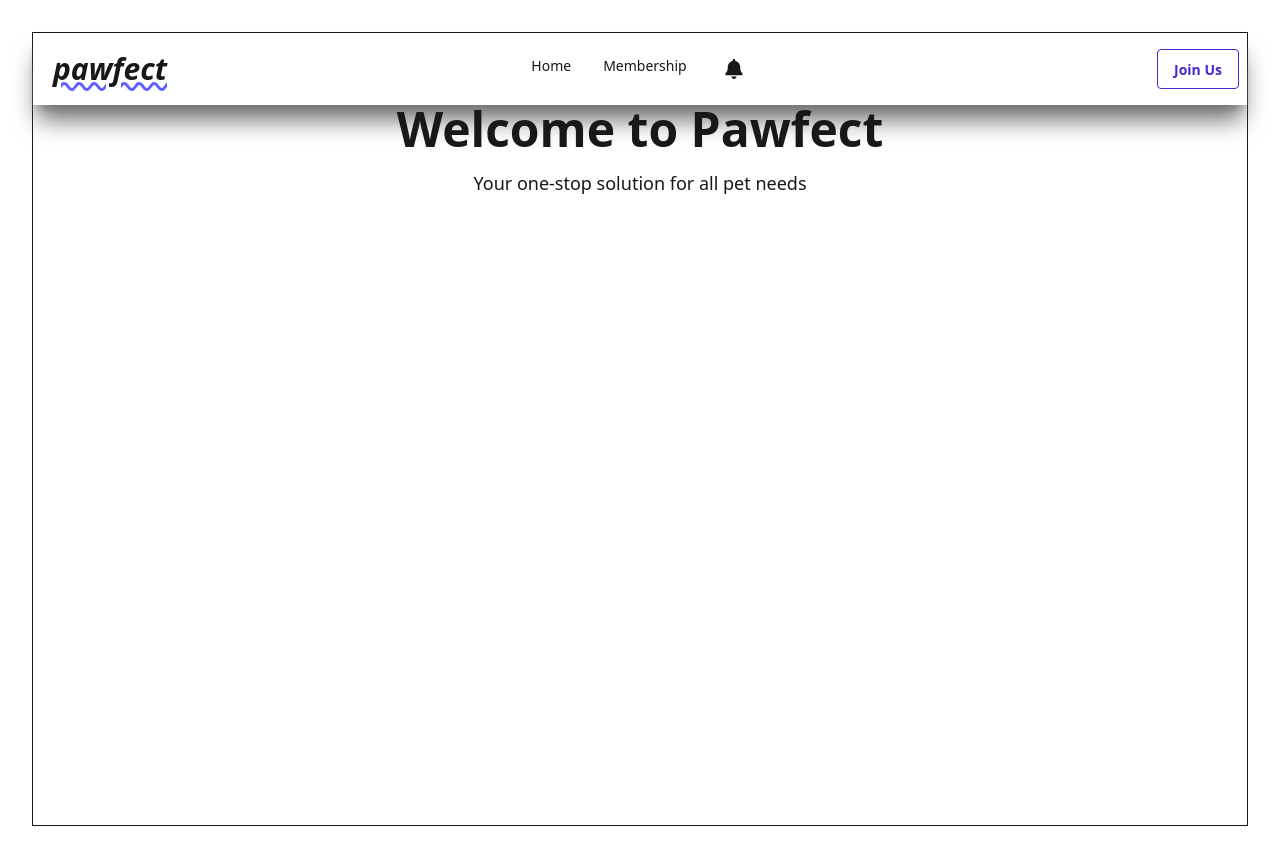
Repository: syedbayzid82849/DevForum_client_site
Page: /
An editor plug-in stored every save of this project. The page is shown before and after the next save, followed by the edit.
The browser window is 1280 px wide. The pictures show the whole page.
The project was rebuilt for these pictures with package versions that can differ from the ones it lists, and the page was loaded fresh each time. Also part of the build but not shown: vite.config.js, src/App.jsx, src/components/Navbar/JoinUsModal.jsx, src/pages/Authentication/Login.jsx, src/pages/Authentication/AuthLayout.jsx, src/pages/Authentication/Register.jsx.

Above is the page before, as saved 2025-07-08 22:51:11.

### src/main.jsx
import { StrictMode } from 'react'
import { createRoot } from 'react-dom/client'
import './index.css'
import App from './App.jsx'
import { RouterProvider } from 'react-router'
import router from './Routers/router.jsx'
import AuthProvider from './context/AuthProvider.jsx'

createRoot(document.getElementById('root')).render(
  <StrictMode>
    <AuthProvider>
      <RouterProvider router={router} />
    </AuthProvider>
  </StrictMode>,
)

### src/Routers/router.jsx
import React from 'react';
import { createBrowserRouter } from 'react-router';
import MainLayout from '../layouts/MainLayout/MainLayout';
import Login from '../pages/Authentication/Login';
import Home from '../pages/Home/Home';
import AuthLayout from '../pages/Authentication/AuthLayout';
import Register from '../pages/Authentication/Register';

const router = createBrowserRouter([
    {
        path: "/",
        element: <MainLayout></MainLayout>,
        children: [
            {
                index: true,
                element: <Home />,
            },
        ],
    },
    {
        path: "/",
        element: <AuthLayout />,
        children: [
            {
                path: "/login",
                element: <Login />,
            },
            {
                path: "/register",
                element: <Register />,
            },
        ],
    },
]);

export default router;

### src/context/AuthProvider.jsx
import React, { useEffect, useState } from 'react';
import { createUserWithEmailAndPassword, GithubAuthProvider, GoogleAuthProvider, onAuthStateChanged, signInWithEmailAndPassword, signInWithPopup, signOut, updateProfile } from "firebase/auth";
import { AuthContext } from '../context/AuthContext';
import { auth } from '../firebase/firebase.init';


const AuthProvider = ({ children }) => {
    const provider = new GoogleAuthProvider();
    // loading
    const [loading, setLoading] = useState(true);
    // user chack
    const [user, setUser] = useState(null);
    console.log(user);

    // create user with name, email, password, photoURL
    const createUserWithEP = (email, password) => {
        setLoading(true);
        return createUserWithEmailAndPassword(auth, email, password)
    }

    // log in user with email and password
    const loginUserWithEP = (email, password) => {
        setLoading(true);
        return signInWithEmailAndPassword(auth, email, password)
    }

    // sign in with google
    const userWithGoogle = () => {
        setLoading(true);
        return signInWithPopup(auth, provider)
    }


    // update user profile (new function)
    const updateUserProfile = (name, photo) => {
        setLoading(true);
        return updateProfile(auth.currentUser, {
            displayName: name,
            photoURL: photo
        });
    }

    // sign out user
    const signOutUser = () => {
        setLoading(true);
        return signOut(auth);
    }

    // // get all courses from the server
    // const getAllCourses = () => {
    //     setLoading(true);
    //     return axios.get('https://academix-hub-server.vercel.app/all-course')
    //         .then(response => {
    //             setLoading(false);
    //             return response.data;
    //         })
    //         .catch(error => {
    //             console.error("Error fetching courses:", error);
    //             throw error;
    //         });
    // }

    // user check
    useEffect(() => {
        const unsubscribe = onAuthStateChanged(auth, (currentUser) => {
            setUser(currentUser);
            setLoading(false);
        });
        return () => unsubscribe();
    }, []);



    const authInformation = {
        user,
        setUser,
        loading,
        setLoading,
        createUserWithEP,
        loginUserWithEP,
        userWithGoogle,
        updateUserProfile,
        signOutUser,
    };
    return (
        <AuthContext.Provider value={authInformation}>
            {children}
        </AuthContext.Provider>
    );
};

export default AuthProvider;

### src/layouts/MainLayout/MainLayout.jsx
import React from 'react';
import Navbar from '../../components/Navbar/Navbar';
import { Outlet } from 'react-router';

const MainLayout = () => {
    return (
        <div className=" mx-auto flex flex-col border">
            <Navbar />

            <main className="flex-1">
                <Outlet />
            </main>

            {/* <Footer /> */}
        </div>
    );
};

export default MainLayout;

### src/pages/Home/Home.jsx
import React from 'react';
import HeroSection from './HeroSection';

const Home = () => {
    return (
        <div className='min-h-screen max-w-7xl mx-auto flex flex-col px-4 lg:px-7 '>
            <HeroSection />
        </div>
    );
};

export default Home;

### src/firebase/firebase.init.js
// Import the functions you need from the SDKs you need
import { initializeApp } from "firebase/app";
import { getAuth } from "firebase/auth";

// TODO: Add SDKs for Firebase products that you want to use
// https://firebase.google.com/docs/web/setup#available-libraries

// Your web app's Firebase configuration
const firebaseConfig = {
    apiKey: import.meta.env.VITE_apiKey, // Use VITE_ prefix for environment variables in Vite
    authDomain: import.meta.env.VITE_authDomain, // Use VITE_ prefix for environment variables in Vite
    projectId: import.meta.env.VITE_projectId, // Use VITE_ prefix for environment variables in Vite
    storageBucket: import.meta.env.VITE_storageBucket, // Use VITE_ prefix for environment variables in Vite
    messagingSenderId: import.meta.env.VITE_messagingSenderId, // Use VITE_ prefix for environment variables in Vite
    appId: import.meta.env.VITE_appId // Use VITE_ prefix for environment variables in Vite
};

// Initialize Firebase
const app = initializeApp(firebaseConfig);


// Initialize Firebase Authentication and get a reference to the service
export const auth = getAuth(app);

### src/components/Navbar/Navbar.jsx
import { Link, NavLink } from "react-router";
import { FaBell, FaBars } from "react-icons/fa";
import { FiLogOut } from "react-icons/fi";
import { MdDashboard } from "react-icons/md";
import JoinUsModal from "./JoinUsModal";
import React, { useContext } from "react";
import { AuthContext } from "../../context/AuthContext";

const Navbar = () => {
    const { user , logOut } = useContext(AuthContext);
    // logout system
    const handleLogOut = () => {
        console.log("Logout clicked");
        logOut();
    };
    const navItems = (
        <>
            <li>
                <NavLink to="/" className="font-medium">Home</NavLink>
            </li>
            <li>
                <NavLink to="/membership" className="font-medium">Membership</NavLink>
            </li>
            {user && (
                <>
                    <li>
                        <NavLink to="/dashboard" className="font-medium flex items-center gap-1">
                            <MdDashboard />
                            Dashboard
                        </NavLink>
                    </li>
                    <li>
                        <button onClick={() => handleLogOut()} className="font-medium flex items-center gap-1">
                            <FiLogOut />
                            Logout
                        </button>
                    </li>
                </>
            )}
            <li>
                <button className="btn btn-ghost text-xl">
                    <FaBell />
                </button>
            </li>
        </>
    );
    const [isModalOpen, setIsModalOpen] = React.useState(false);


    return (
        <>
            <div className="bg-base-100 w-full  shadow-xl shadow-neutral-500 ">
                <div className="navbar max-w-7xl mx-auto ">

                    {/* Navbar Start */}
                    <div className="navbar-start flex items-center gap-2">
                        {/* Hamburger Menu (Mobile only) */}
                        <div className="dropdown">
                            <div tabIndex={0} className="btn btn-ghost pl-2 lg:hidden">
                                <FaBars className="text-xl" />
                            </div>
                            <ul
                                tabIndex={0}
                                className="menu menu-sm dropdown-content mt-3 z-[50] p-3 shadow bg-base-100 rounded-box w-52 space-y-1"
                            >
                                {navItems}
                            </ul>
                        </div>

                        {/* Logo - large screen only */}
                        <Link to="/" className="hidden lg:flex justify-center items-center ml-1">
                            <span className="text-3xl font-semibold italic underline decoration-wavy decoration-indigo-500">
                                pawfect
                            </span>
                        </Link>
                    </div>

                    {/* Logo - small screen only */}
                    <div className="navbar-center lg:hidden">
                        <Link to="/" className="ml-2">
                            <span className="text-3xl font-semibold italic underline decoration-wavy decoration-indigo-500">
                                pawfect
                            </span>
                        </Link>
                    </div>

                    {/* Large screen nav menu */}
                    <div className="navbar-center hidden lg:flex">
                        <ul className="menu menu-horizontal px-1 space-x-2">{navItems}</ul>
                    </div>

                    {/* Navbar End - Profile Dropdown */}
                    <div className="navbar-end">
                        {user ? (
                            // Logged-in view: show profile dropdown
                            <div className="dropdown dropdown-end">
                                <div tabIndex={0} className="btn btn-circle avatar online">
                                    <img
                                        src={user.photoURL || "/src/assets/user-default.jpg"}
                                        alt="Profile"
                                        className="rounded-full w-10 h-10"
                                    />
                                </div>
                                <ul
                                    tabIndex={0}
                                    className="mt-3 z-[50] p-2 shadow menu menu-sm dropdown-content bg-base-100 rounded-box w-52"
                                >
                                    <li>
                                        <p className="text-sm text-center font-semibold">
                                            {user.displayName}
                                        </p>
                                    </li>
                                    <li>
                                        <Link to="/dashboard">
                                            <MdDashboard />
                                            Dashboard
                                        </Link>
                                    </li>
                                    <li>
                                        <button onClick={() => handleLogOut()} className="flex items-center gap-1">
                                            <FiLogOut />
                                            Logout
                                        </button>
                                    </li>
                                </ul>
                            </div>
                        ) : (
                            // Not logged in: show Join Us button
                            <button
                                onClick={() => setIsModalOpen(true)}
                                className="btn btn-outline btn-primary ">
                                Join Us
                            </button>
                        )}
                    </div>
                </div>
            </div>
            {/* Join Us Modal */}
            {isModalOpen && <JoinUsModal closeModal={() => setIsModalOpen(false)} />}
        </>
    );
};

export default Navbar;

### src/pages/Home/HeroSection.jsx
import React from 'react';

const HeroSection = () => {
    return (
        <div>
            <h1 className="text-5xl font-bold">Welcome to Pawfect</h1>
            <p className="mt-4 text-lg">Your one-stop solution for all pet needs</p>
        </div>
    );
};

export default HeroSection;

Loaded but not shown: index.html (common file); src/index.css (common file); src/App.css (common file); src/context/AuthContext.jsx (common file)

After the next save:
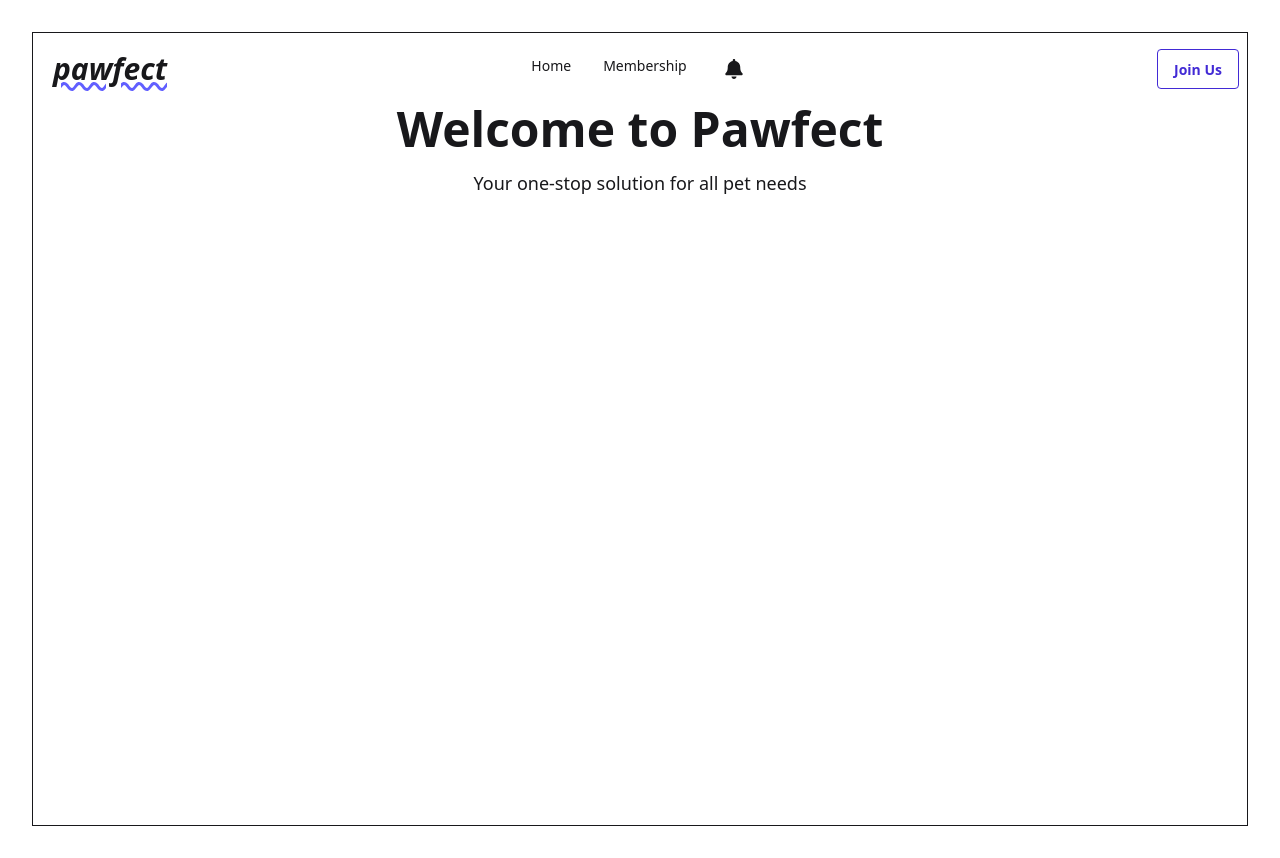
Saved 8 s later.
--- a/src/components/Navbar/Navbar.jsx
+++ b/src/components/Navbar/Navbar.jsx
@@ -49,7 +49,7 @@ const Navbar = () => {
 
     return (
         <>
-            <div className="bg-base-100 w-full  shadow-xl shadow-neutral-500 ">
+            <div className="bg-base-100 w-full  shadow- shadow-neutral-500 ">
                 <div className="navbar max-w-7xl mx-auto ">
 
                     {/* Navbar Start */}
